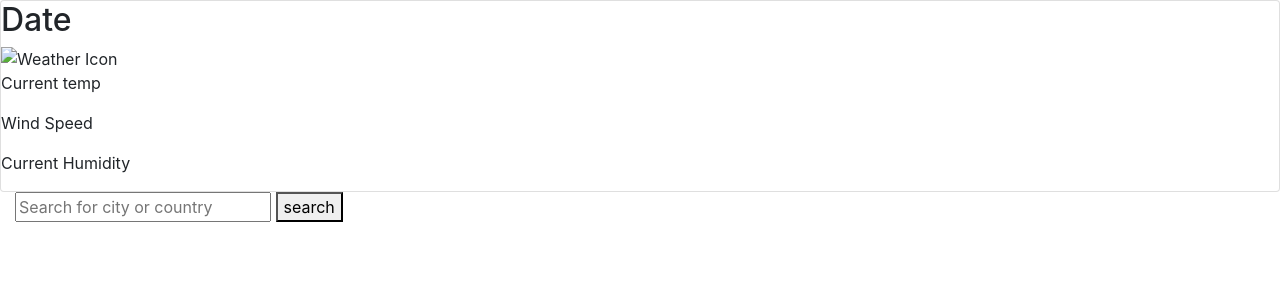
Repository: cobalt88/weather-forecast-app
Page: index.html
These files come from the project's save history. The page is drawn as it stood at one moment and after the next save; the edit follows.
The browser window is 1280 px wide. The pictures show the whole page.
The page's requests for data from a server got no answer. Some web libraries are served in a nearby version.

Above is the page before, as saved 2022-04-02 17:17:13.

After the next save:
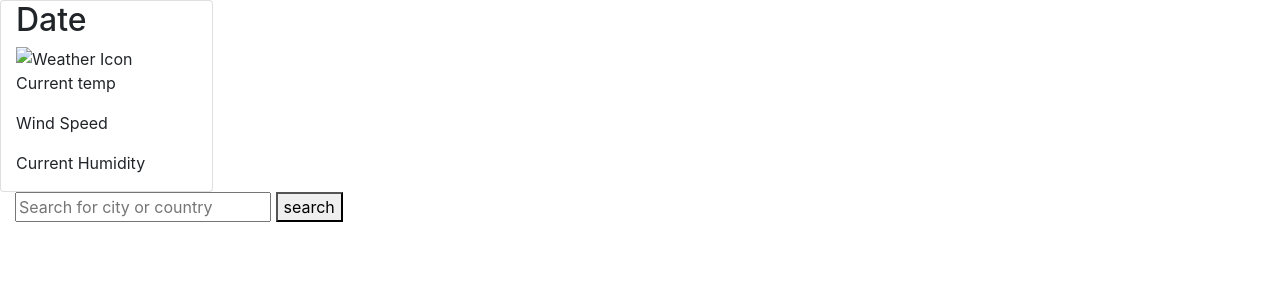
Saved 35 s later.
--- a/index.html
+++ b/index.html
@@ -25,7 +25,7 @@
   <section id="current-day"></section>
   <section id="5-day-container">
 
-    <div id="forecast" class="card">
+    <div id="forecast" class="card col-2">
       <h2 id="date">Date</h2>
       <img alt="Weather Icon">
       <p id="temp">Current temp</p>
